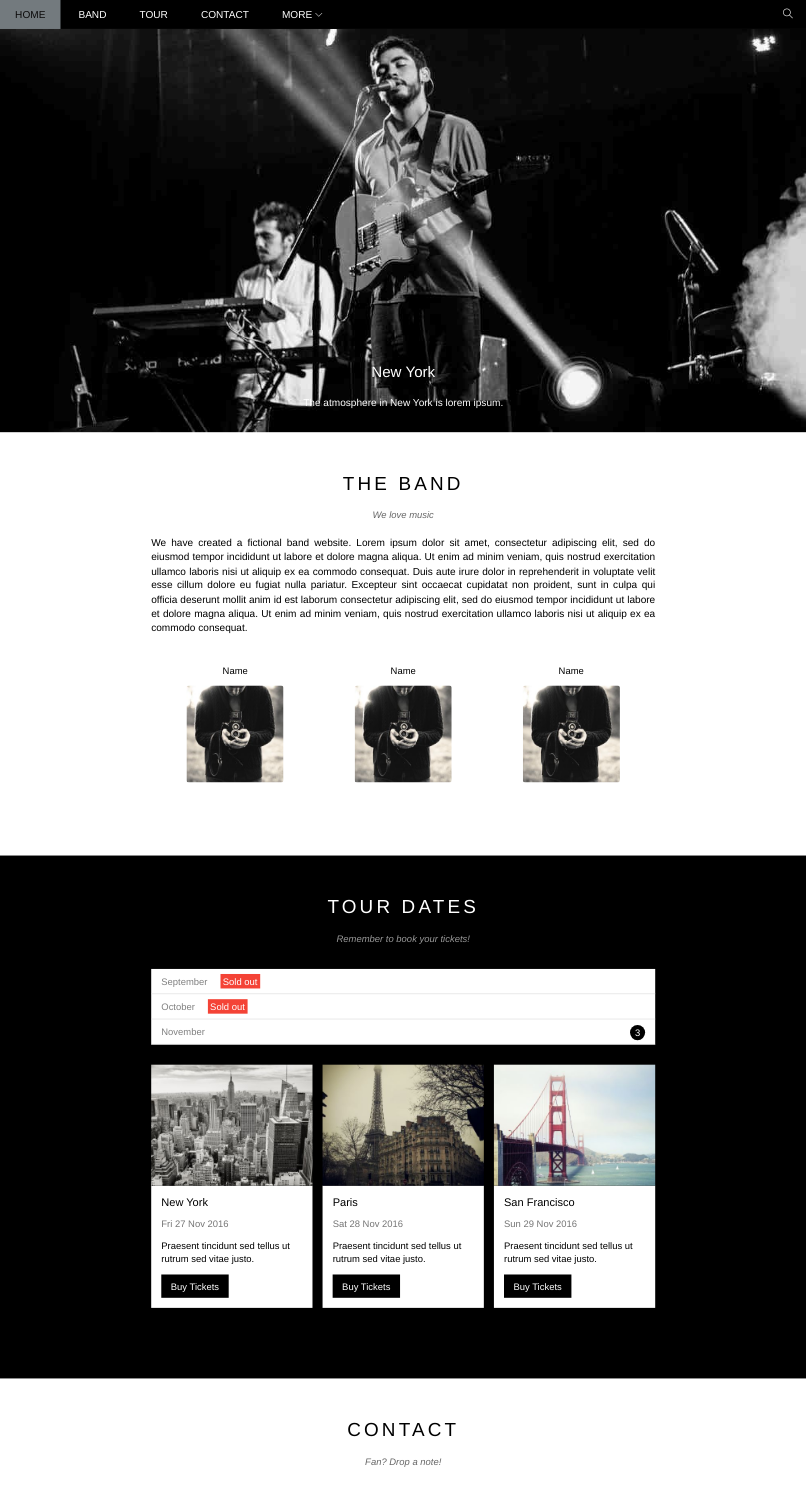
Repository: anhviet-key/hello-cac-ban
Page: HTMS_CSS ZERO 0/index.html
The author's editor kept a copy of each file at every save. The page is drawn from the files as they stood at one save, then again after a run of saves.
The browser window is 1280 px wide. The pictures show the whole page, at 63% of full size.

Above is the page before, as saved 2021-10-08 13:20:36.

After the next 2 saves:
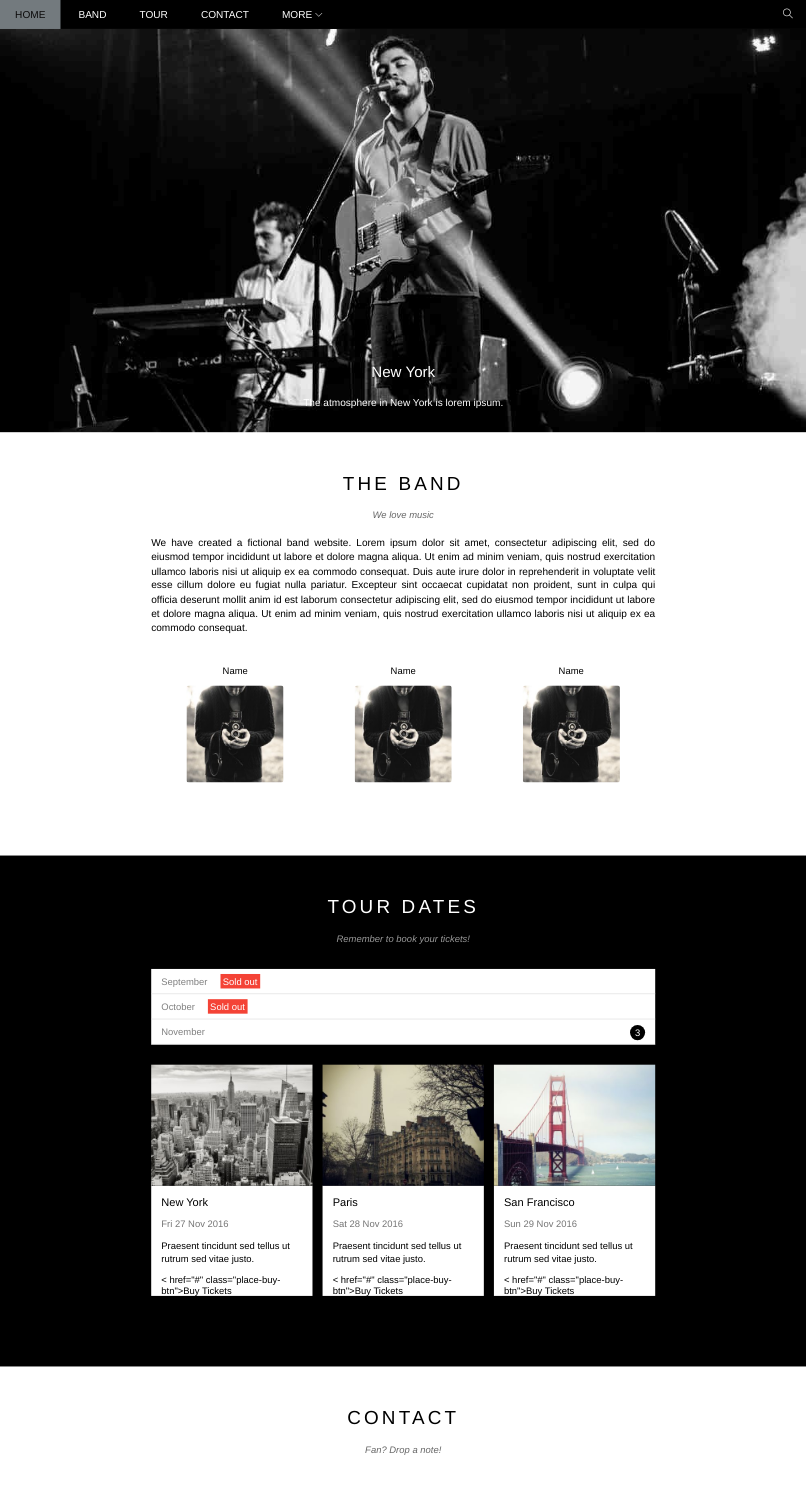
The 2 saves are shown as one change because they came seconds apart.
The last was saved 4 min 46 s later.
--- a/HTMS_CSS ZERO 0/index.html
+++ b/HTMS_CSS ZERO 0/index.html
@@ -98,7 +98,8 @@
                                 <h3 class="place-heading">New York</h3>
                                 <p class="place-time">Fri 27 Nov 2016</p>
                                 <p class="place-desc">Praesent tincidunt sed tellus ut rutrum sed vitae justo.</p>
-                                <a href="#" class="place-buy-btn">Buy Tickets</a>
+                                < href="#" class="place-buy-btn">Buy Tickets
+                                    </>
                             </div>
                         </div>
                         <div class="place-item">
@@ -107,7 +108,8 @@
                                 <h3 class="place-heading">Paris</h3>
                                 <p class="place-time">Sat 28 Nov 2016</p>
                                 <p class="place-desc">Praesent tincidunt sed tellus ut rutrum sed vitae justo.</p>
-                                <a href="#" class="place-buy-btn">Buy Tickets</a>
+                                < href="#" class="place-buy-btn">Buy Tickets
+                                    </>
                             </div>
                         </div>
                         <div class="place-item">
@@ -116,7 +118,8 @@
                                 <h3 class="place-heading">San Francisco</h3>
                                 <p class="place-time">Sun 29 Nov 2016</p>
                                 <p class="place-desc">Praesent tincidunt sed tellus ut rutrum sed vitae justo.</p>
-                                <a href="#" class="place-buy-btn">Buy Tickets</a>
+                                < href="#" class="place-buy-btn">Buy Tickets
+                                    </>
                             </div>
                         </div>
                         <div class="clear"></div>
